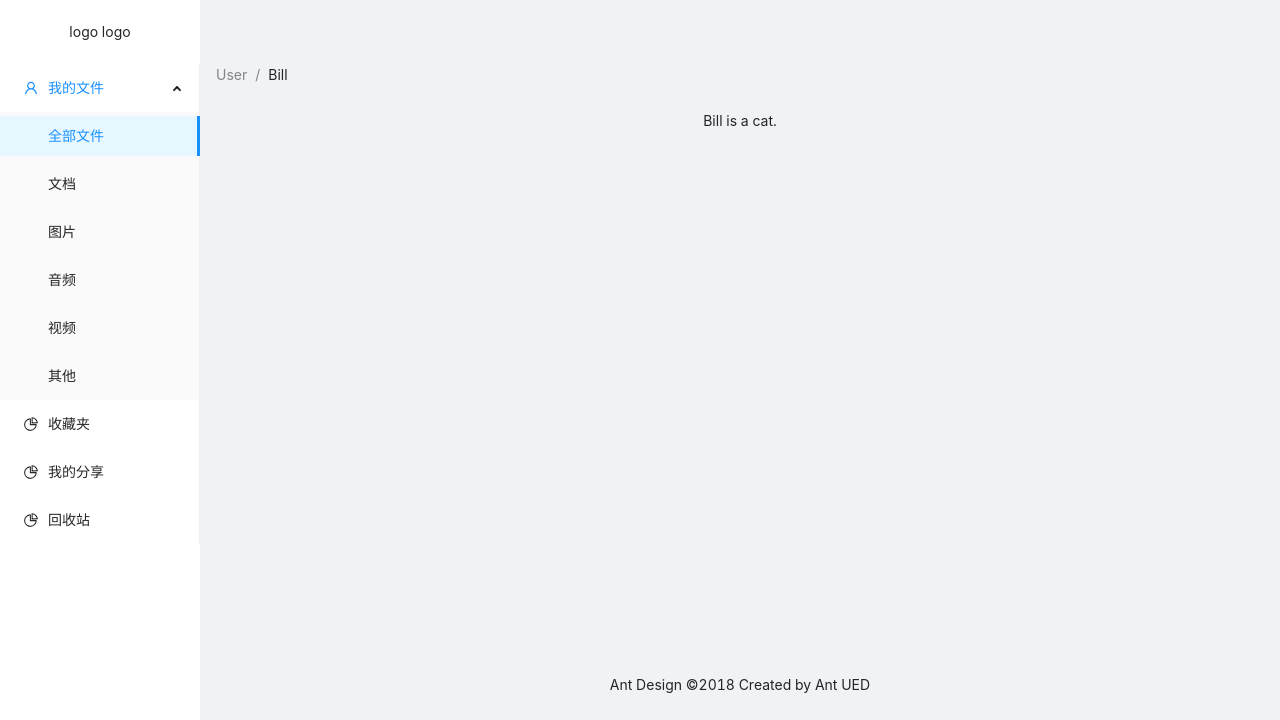
Repository: xstnet/starfire-cloud-fe
Page: /
The author's editor kept a copy of each file at every save. The page is drawn from the files as they stood at one save, then again after the next save.
The browser window is 1280 px wide. The pictures show the whole page.
The project was rebuilt for these pictures with package versions that can differ from the ones it lists, and the page was loaded fresh each time.

Above is the page before, as saved 2021-09-12 17:11:42.

### src/index.js
import React from 'react';
import ReactDOM from 'react-dom';
import './index.css';
import App from './App';
import reportWebVitals from './reportWebVitals';

// ReactDOM.render(
//   <React.StrictMode>
//     <App />
//   </React.StrictMode>,
//   document.getElementById('root')
// );

ReactDOM.render(
  <App />,
  document.getElementById('root')
);

// If you want to start measuring performance in your app, pass a function
// to log results (for example: reportWebVitals(console.log))
// or send to an analytics endpoint. Learn more: https://bit.ly/CRA-vitals
reportWebVitals();

### src/App.js
import React from 'react';
// import { Button } from 'antd';
import './App.css';
import MainLayout from './page/layout/main'

const App = () => (
  <div className="App">
    <MainLayout></MainLayout>
  </div>
);

export default App;

### src/page/layout/main.jsx
import React from 'react';
import { Layout, Menu, Breadcrumb } from 'antd';
import {
  PieChartOutlined,
  UserOutlined,
} from '@ant-design/icons';
import './main.css';

const { Header, Content, Footer, Sider } = Layout;
const { SubMenu } = Menu;

class MainLayout extends React.Component {
  state = {
    collapsed: false,
  };


  render() {
    const { collapsed } = this.state;
    return (
      <Layout className="main" style={{ minHeight: '100vh' }}>
        <Sider className="side-left" theme="light" >
          <div className="logo">
              logo logo
          </div>
          <Menu defaultSelectedKeys={['all']} defaultOpenKeys={["my-file"]} mode="inline">
            <SubMenu key="my-file" icon={<UserOutlined />} title="我的文件">
              <Menu.Item key="all">全部文件</Menu.Item>
              <Menu.Item key="doc">文档</Menu.Item>
              <Menu.Item key="imgage">图片</Menu.Item>
              <Menu.Item key="audio">音频</Menu.Item>
              <Menu.Item key="video">视频</Menu.Item>
              <Menu.Item key="other">其他</Menu.Item>
            </SubMenu>
            <Menu.Item key="favorite" icon={<PieChartOutlined />}>
              收藏夹
            </Menu.Item>
            <Menu.Item key="share" icon={<PieChartOutlined />}>
              我的分享
            </Menu.Item>
            <Menu.Item key="recycle" icon={<PieChartOutlined />}>
              回收站
            </Menu.Item>
          </Menu>
        </Sider>
        <Layout className="side-right">
          <Header className="header"/>
          <Breadcrumb className="bread-crumb">
              <Breadcrumb.Item>User</Breadcrumb.Item>
              <Breadcrumb.Item>Bill</Breadcrumb.Item>
          </Breadcrumb>
          <Content className="content">
            <div  style={{ padding: 24, minHeight: 360 }}>
              Bill is a cat.
            </div>
          </Content>
          <Footer style={{ textAlign: 'center' }}>Ant Design ©2018 Created by Ant UED</Footer>
        </Layout>
      </Layout>
    );
  }
}

export default MainLayout;

### src/page/layout/main.css
 .logo {
    height: 64px;
    line-height: 64px;
    text-align: center;
  }

  .header {
    background: #f0f2f5;
    padding: 0;
  }

  .side-right .content {
    margin: 0 16px;
  }

  .side-right .bread-crumb {
    margin: 0 16px;
  }

Loaded but not shown: public/index.html (common file); src/index.css (common file); src/reportWebVitals.js (common file); src/App.css (common file)

After the next save:
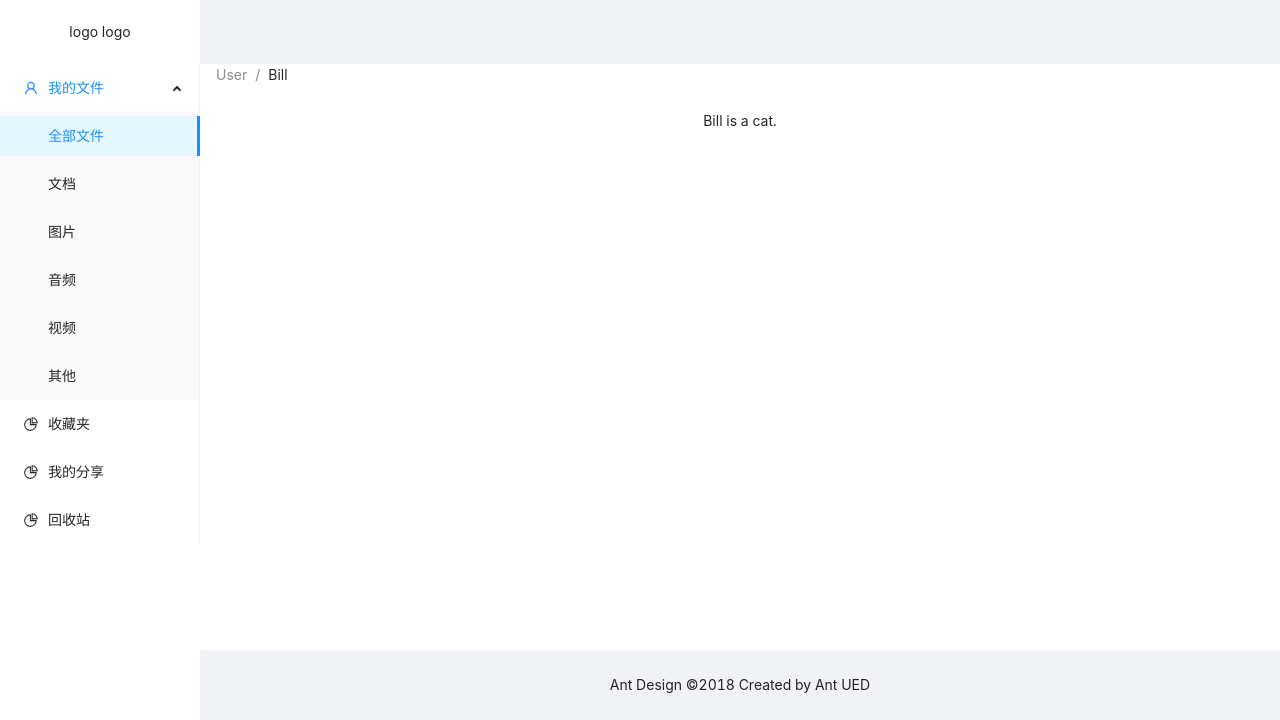
Saved 20 s later.
--- a/src/page/layout/main.css
+++ b/src/page/layout/main.css
@@ -9,6 +9,9 @@
     padding: 0;
   }
 
+  .side-right {
+    background-color: white;
+  }
   .side-right .content {
     margin: 0 16px;
   }
